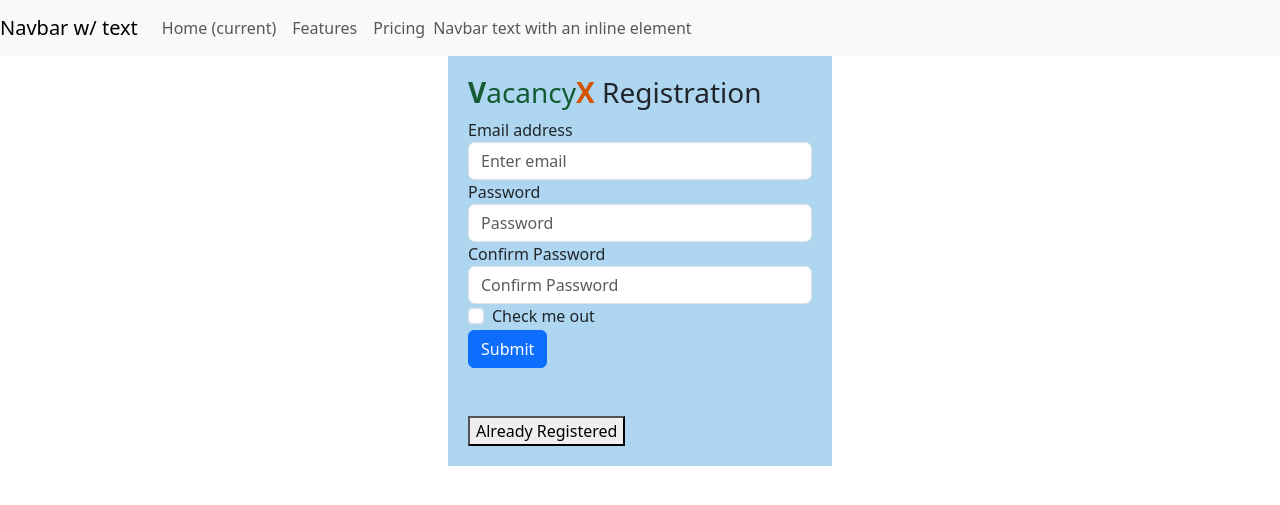
Repository: zipArk99/Vacancy-portal-serv
Page: http://localhost/VacancyPortal/
These files come from the project's save history. The page is drawn as it stood at one moment and after the next save; the edit follows.
The browser window is 1280 px wide. The pictures show the whole page.
The page is served by Tomcat 9.

Above is the page before, as saved 2024-08-20 09:28:44.

After the next save:
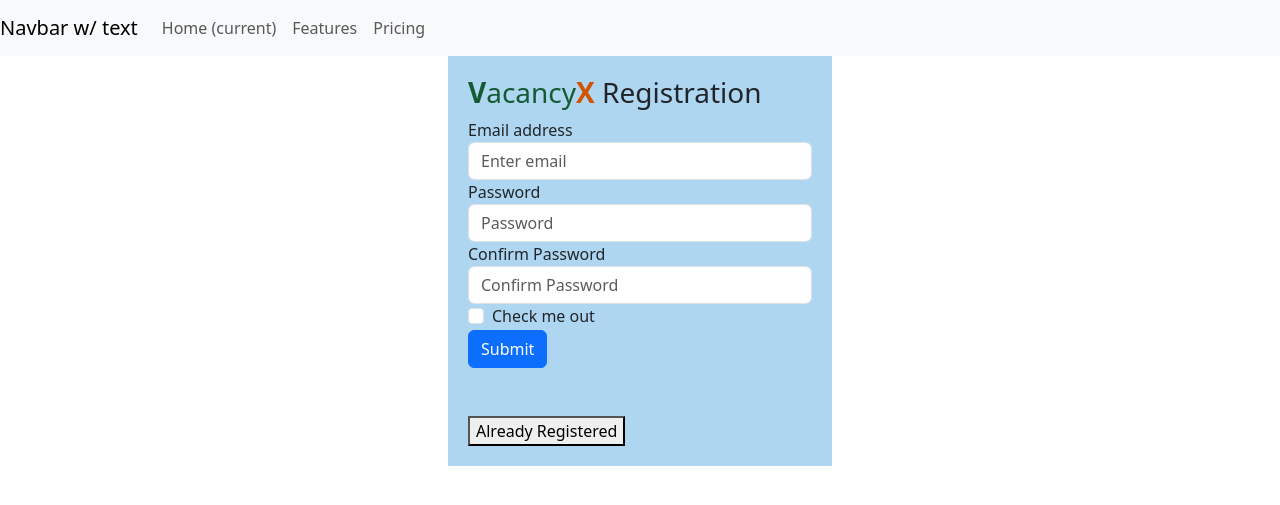
Saved 17 s later.
--- a/VacancyPortal/src/main/webapp/header.jsp
+++ b/VacancyPortal/src/main/webapp/header.jsp
@@ -27,9 +27,7 @@
         <a class="nav-link" href="#">Pricing</a>
       </li>
     </ul>
-    <span class="navbar-text">
-      Navbar text with an inline element
-    </span>
+
   </div>
 </nav>
 </body>
